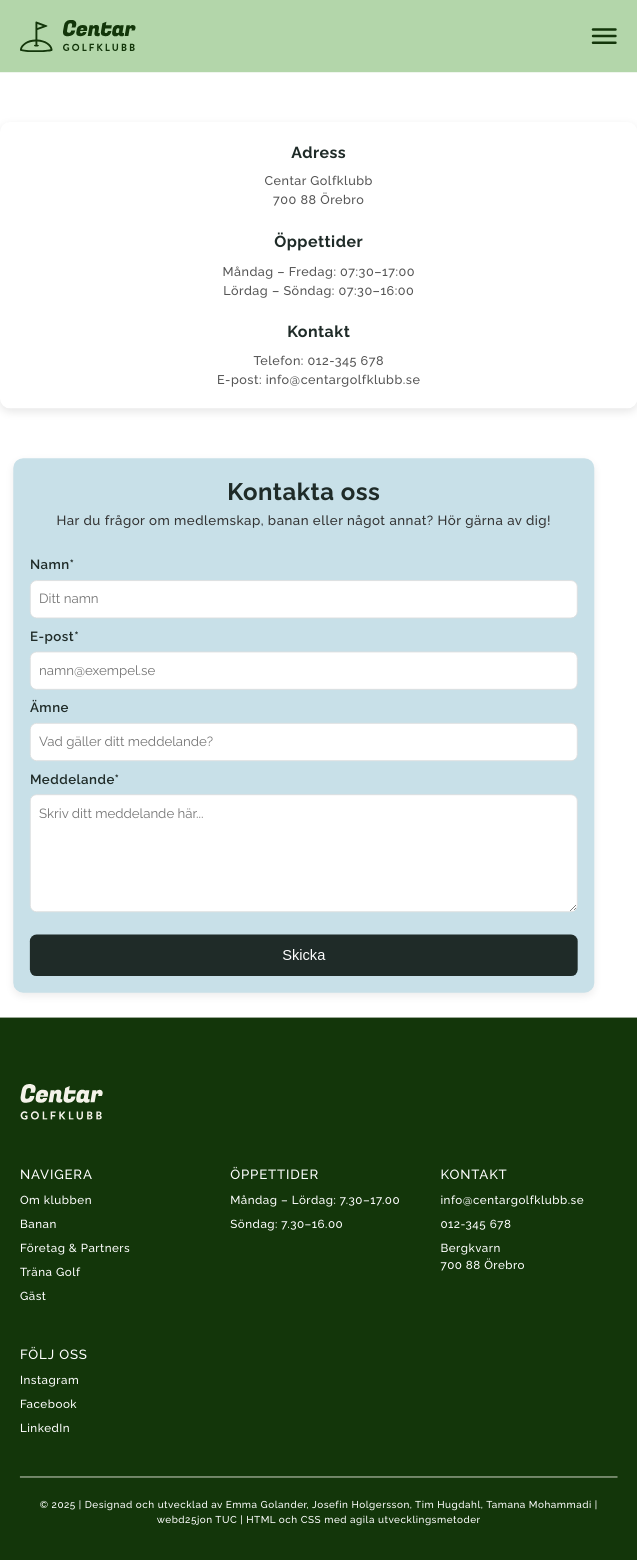
Repository: Tamana831/GolfklubbCentar
Page: kontakt.html
These files come from the project's save history. The page is drawn as it stood at one moment and after the next save; the edit follows.
The browser window is 768 px wide. The pictures show the whole page, at 83% of full size.

Above is the page before, as saved 2025-10-21 21:24:34.

After the next save:
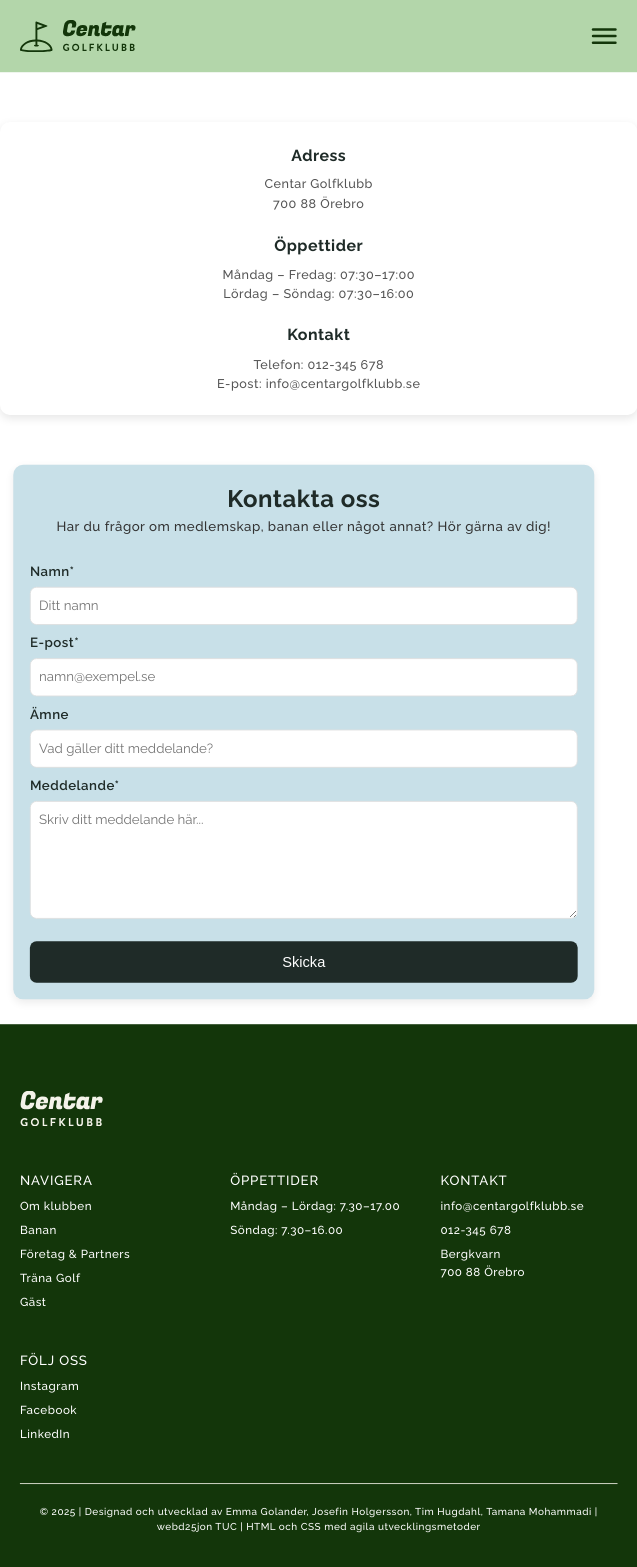
Saved 2 min 19 s later.
--- a/styles/kontakt.css
+++ b/styles/kontakt.css
@@ -99,9 +99,10 @@
 /* --- Responsiv design --- */
 @media (max-width: 768px) {
   .contact-wrapper {
-    flex-direction: column; /* staplar boxarna på mobil */
-    padding: 20px;
+    flex-direction: column;
+    flex-wrap: wrap; /* lägg till detta */
   }
+}
 
   .contact-card {
     width: 100%;
